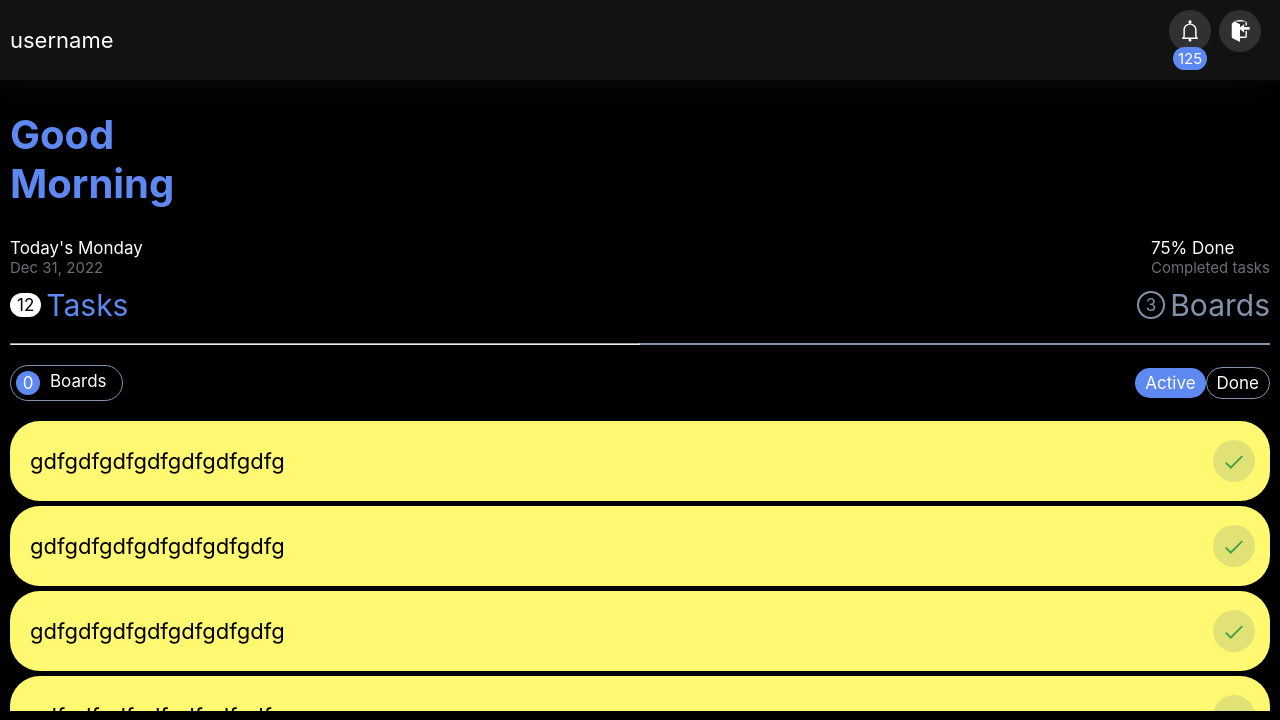
Repository: ShindanoSingi/todo-app
Page: /
These files come from the project's save history. The page is drawn as it stood at one moment and after the next save; the edit follows.
The browser window is 1280 px wide. The pictures show the whole page.
The project was rebuilt for these pictures with package versions that can differ from the ones it lists, and the page was loaded fresh each time. Also part of the build but not shown: src/pages/LandingPage.js.

Above is the page before, as saved 2023-01-01 19:41:51.

After the next save:
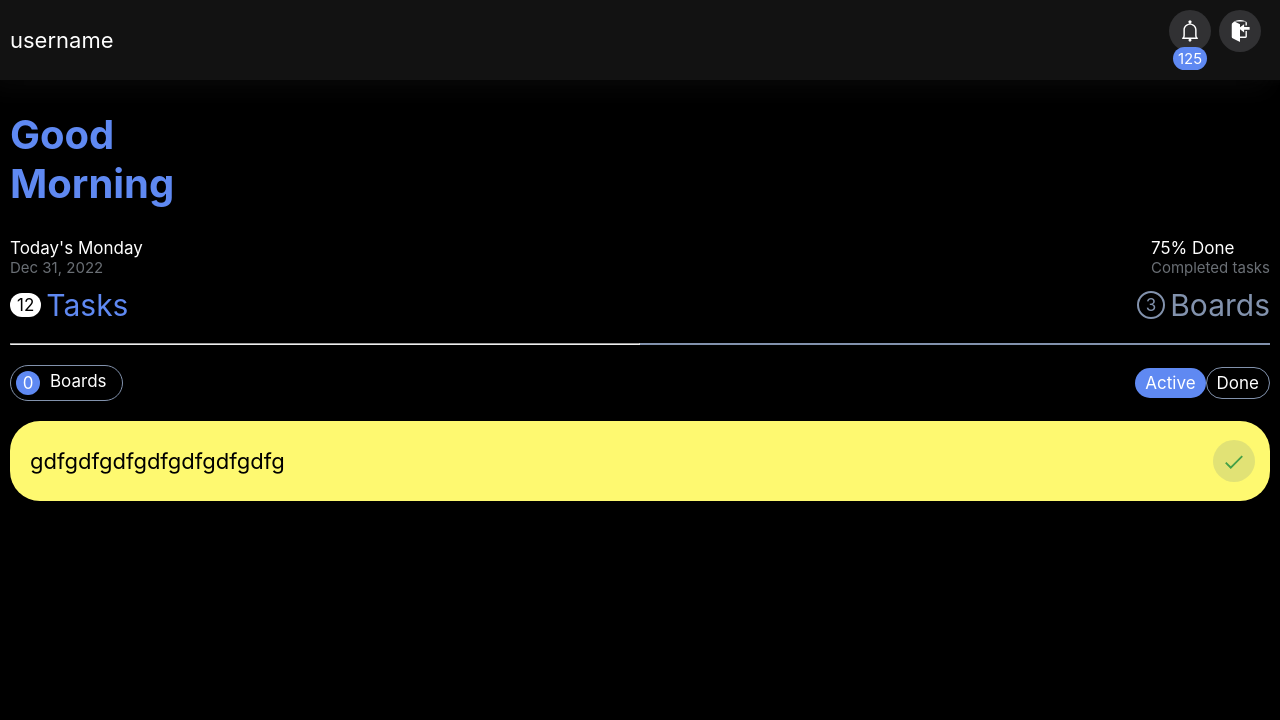
Saved 106 s later.
--- a/src/pages/Todos.js
+++ b/src/pages/Todos.js
@@ -69,91 +69,7 @@ function Todos() {
                             <p className='task-title'>gdfgdfgdfgdfgdfgdfgdfg</p>
                             < FcCheckmark className='check-circle-icon' />
                         </div>
-                        <div className='todo-card' style={{ backgroundColor: color }}>
-                            <p className='task-title'>gdfgdfgdfgdfgdfgdfgdfg</p>
-                            < FcCheckmark className='check-circle-icon' />
-                        </div>
-                        <div className='todo-card' style={{ backgroundColor: color }}>
-                            <p className='task-title'>gdfgdfgdfgdfgdfgdfgdfg</p>
-                            < FcCheckmark className='check-circle-icon' />
-                        </div>
-                        <div className='todo-card' style={{ backgroundColor: color }}>
-                            <p className='task-title'>gdfgdfgdfgdfgdfgdfgdfg</p>
-                            < FcCheckmark className='check-circle-icon' />
-                        </div>
-                        <div className='todo-card' style={{ backgroundColor: color }}>
-                            <p className='task-title'>gdfgdfgdfgdfgdfgdfgdfg</p>
-                            < FcCheckmark className='check-circle-icon' />
-                        </div>
-                        <div className='todo-card' style={{ backgroundColor: color }}>
-                            <p className='task-title'>gdfgdfgdfgdfgdfgdfgdfg</p>
-                            < FcCheckmark className='check-circle-icon' />
-                        </div>
-                        <div className='todo-card' style={{ backgroundColor: color }}>
-                            <p className='task-title'>gdfgdfgdfgdfgdfgdfgdfg</p>
-                            < FcCheckmark className='check-circle-icon' />
-                        </div>
-                        <div className='todo-card' style={{ backgroundColor: color }}>
-                            <p className='task-title'>gdfgdfgdfgdfgdfgdfgdfg</p>
-                            < FcCheckmark className='check-circle-icon' />
-                        </div>
-                        <div className='todo-card' style={{ backgroundColor: color }}>
-                            <p className='task-title'>gdfgdfgdfgdfgdfgdfgdfg</p>
-                            < FcCheckmark className='check-circle-icon' />
-                        </div>
-                        <div className='todo-card' style={{ backgroundColor: color }}>
-                            <p className='task-title'>gdfgdfgdfgdfgdfgdfgdfg</p>
-                            < FcCheckmark className='check-circle-icon' />
-                        </div>
-                        <div className='todo-card' style={{ backgroundColor: color }}>
-                            <p className='task-title'>gdfgdfgdfgdfgdfgdfgdfg</p>
-                            < FcCheckmark className='check-circle-icon' />
-                        </div>
-                        <div className='todo-card' style={{ backgroundColor: color }}>
-                            <p className='task-title'>gdfgdfgdfgdfgdfgdfgdfg</p>
-                            < FcCheckmark className='check-circle-icon' />
-                        </div>
-                        <div className='todo-card' style={{ backgroundColor: color }}>
-                            <p className='task-title'>gdfgdfgdfgdfgdfgdfgdfg</p>
-                            < FcCheckmark className='check-circle-icon' />
-                        </div>
-                        <div className='todo-card' style={{ backgroundColor: color }}>
-                            <p className='task-title'>gdfgdfgdfgdfgdfgdfgdfg</p>
-                            < FcCheckmark className='check-circle-icon' />
-                        </div>
-                        <div className='todo-card' style={{ backgroundColor: color }}>
-                            <p className='task-title'>gdfgdfgdfgdfgdfgdfgdfg</p>
-                            < FcCheckmark className='check-circle-icon' />
-                        </div>
-                        <div className='todo-card' style={{ backgroundColor: color }}>
-                            <p className='task-title'>gdfgdfgdfgdfgdfgdfgdfg</p>
-                            < FcCheckmark className='check-circle-icon' />
-                        </div>
-                        <div className='todo-card' style={{ backgroundColor: color }}>
-                            <p className='task-title'>gdfgdfgdfgdfgdfgdfgdfg</p>
-                            < FcCheckmark className='check-circle-icon' />
-                        </div>
-                        <div className='todo-card' style={{ backgroundColor: color }}>
-                            <p className='task-title'>gdfgdfgdfgdfgdfgdfgdfg</p>
-                            < FcCheckmark className='check-circle-icon' />
-                        </div>
-                        <div className='todo-card' style={{ backgroundColor: color }}>
-                            <p className='task-title'>gdfgdfgdfgdfgdfgdfgdfg</p>
-                            < FcCheckmark className='check-circle-icon' />
-                        </div>
-                        <div className='todo-card' style={{ backgroundColor: color }}>
-                            <p className='task-title'>gdfgdfgdfgdfgdfgdfgdfg</p>
-                            < FcCheckmark className='check-circle-icon' />
-                        </div>
-                        <div className='todo-card' style={{ backgroundColor: color }}>
-                            <p className='task-title'>gdfgdfgdfgdfgdfgdfgdfg</p>
-                            < FcCheckmark className='check-circle-icon' />
-                        </div>
-                        <div className='todo-card' style={{ backgroundColor: color }}>
-                            <p className='task-title'>gdfgdfgdfgdfgdfgdfgdfg</p>
-                            < FcCheckmark className='check-circle-icon' />
-                        </div>
-
+                        <p>Jan. 01, 2023</p>
                     </div>
 
                 </main>
